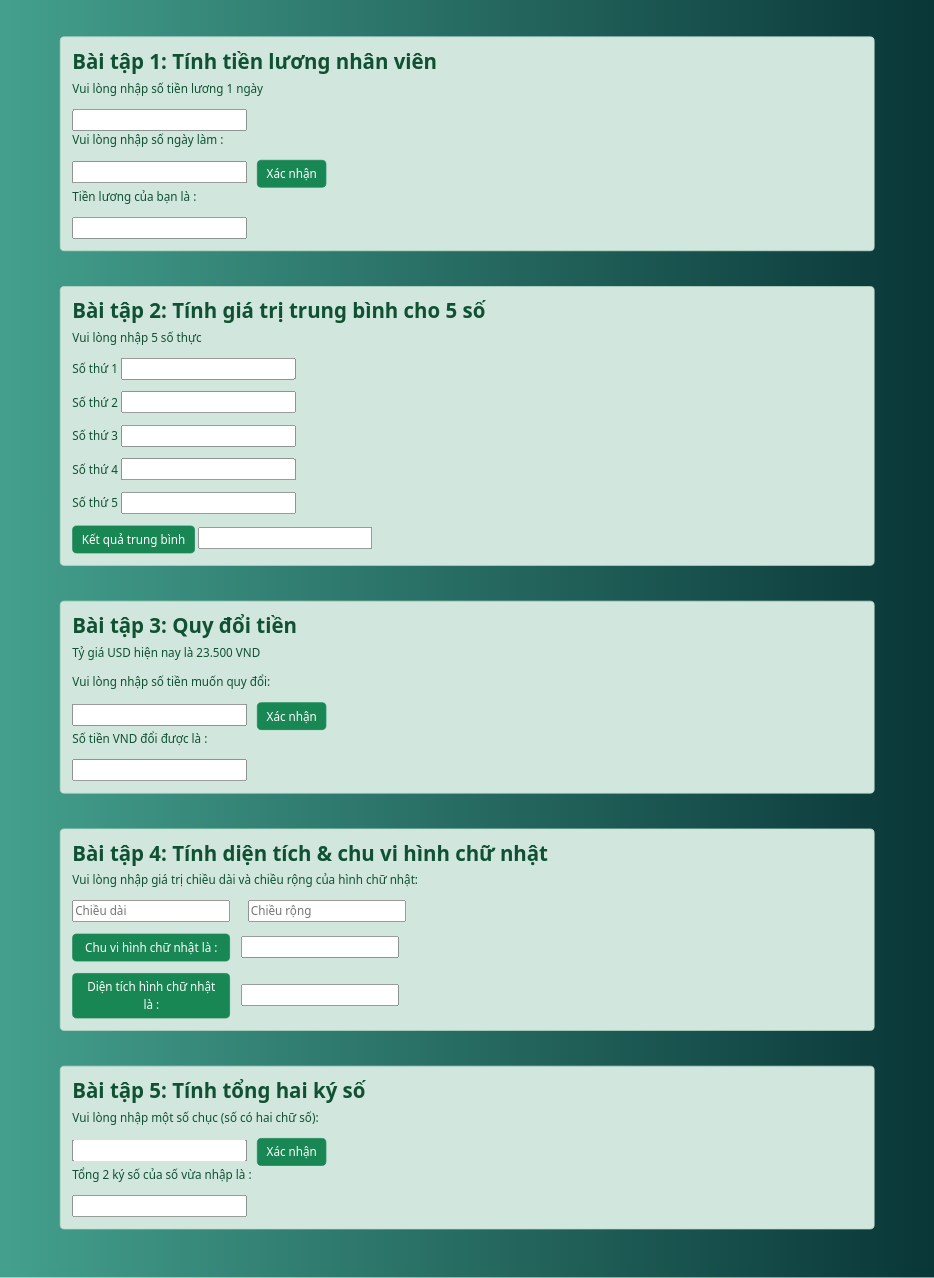
Repository: hcozyph/TranHuuPhuoc_BC43_BT_JS_Buoi2
Page: index.html
The author's editor kept a copy of each file at every save. The page is drawn from the files as they stood at one save, then again after the next save.
The browser window is 1280 px wide. The pictures show the whole page, at 73% of full size.

Above is the page before, as saved 2023-02-03 21:13:15.

After the next save:
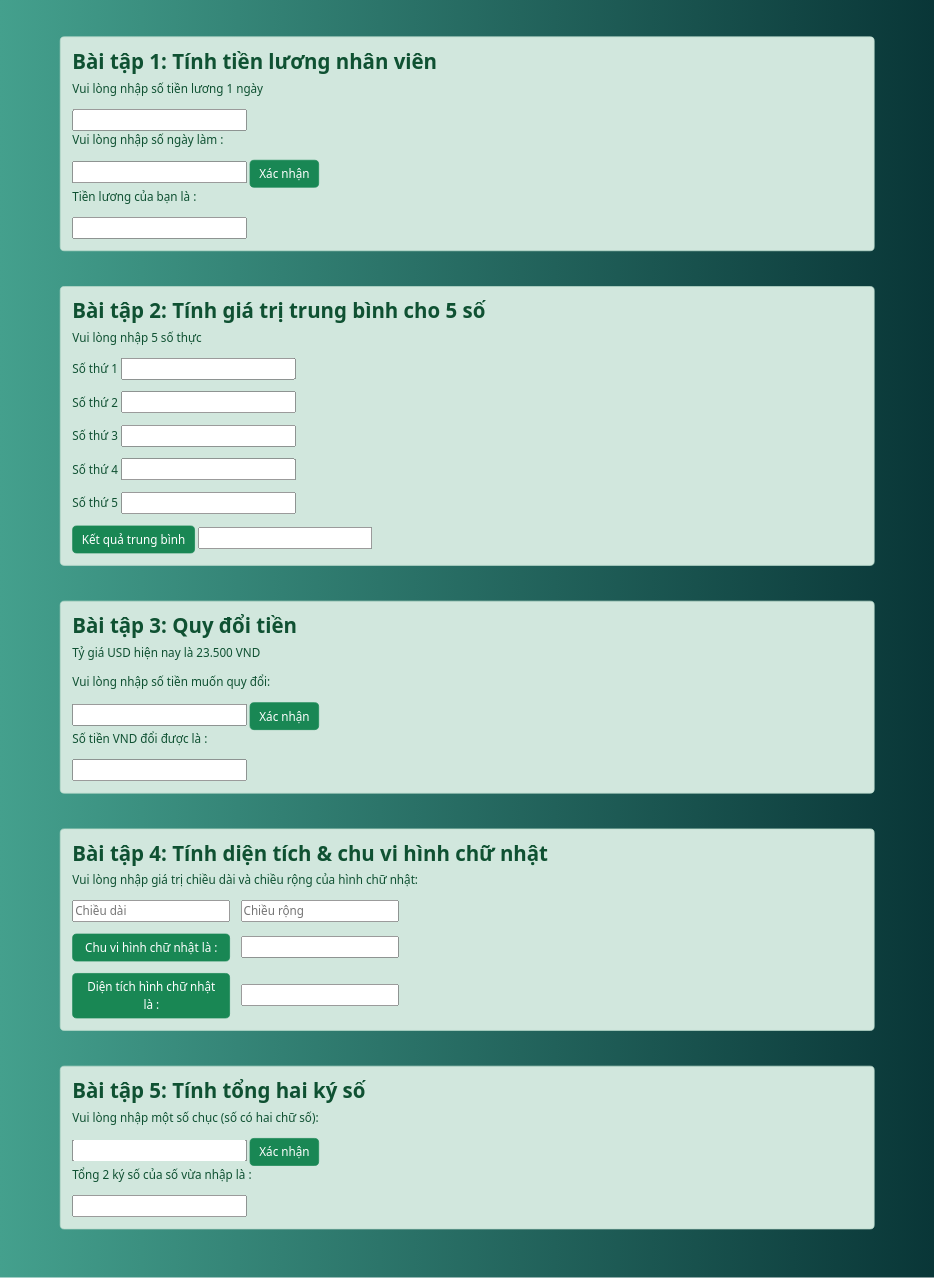
Saved 93 s later.
--- a/style/index.css
+++ b/style/index.css
@@ -5,9 +5,9 @@
     margin: 0 auto;
     padding: 50px;
 }
-body input {
+/* body input {
     margin-right: 10px;
-}
+} */
 .BT4 input {
     width: 20%;
 }
